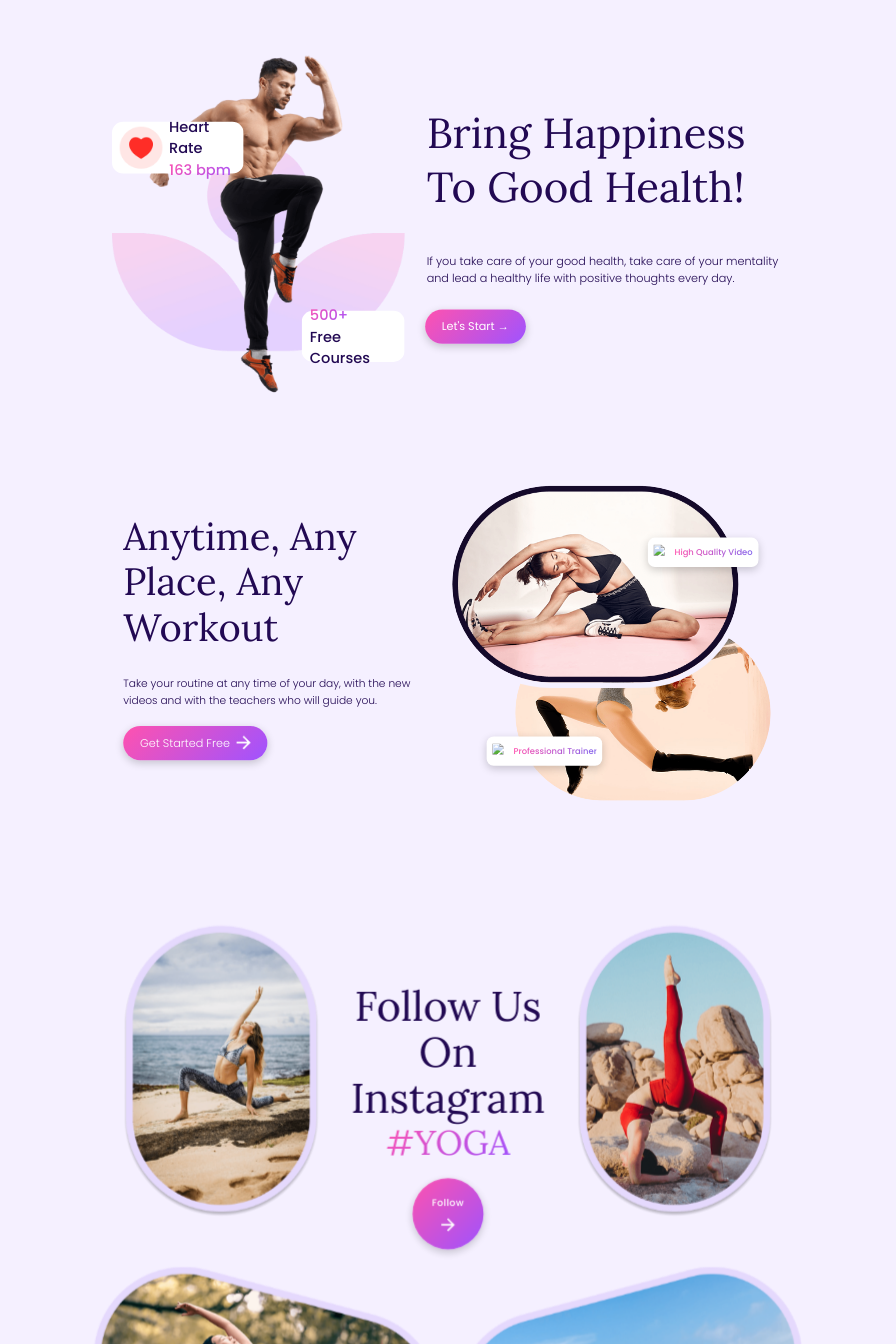
Repository: EunsuhJeon/responsive-yoga-website
Page: index.html
An editor plug-in stored every save of this project. The page is shown before and after the next save, followed by the edit.
The browser window is 1280 px wide. The pictures show the part of the page from y = 1110 to 3030 px (the page is 4204 px tall), at 70% of full size.

Above is the page before, as saved 2025-12-01 11:53:46.
Not found: assets/icons/p2-s1-button-white-person.png
Not found: assets/icons/p2-s1-button-white-ri_play.png

After the next save:
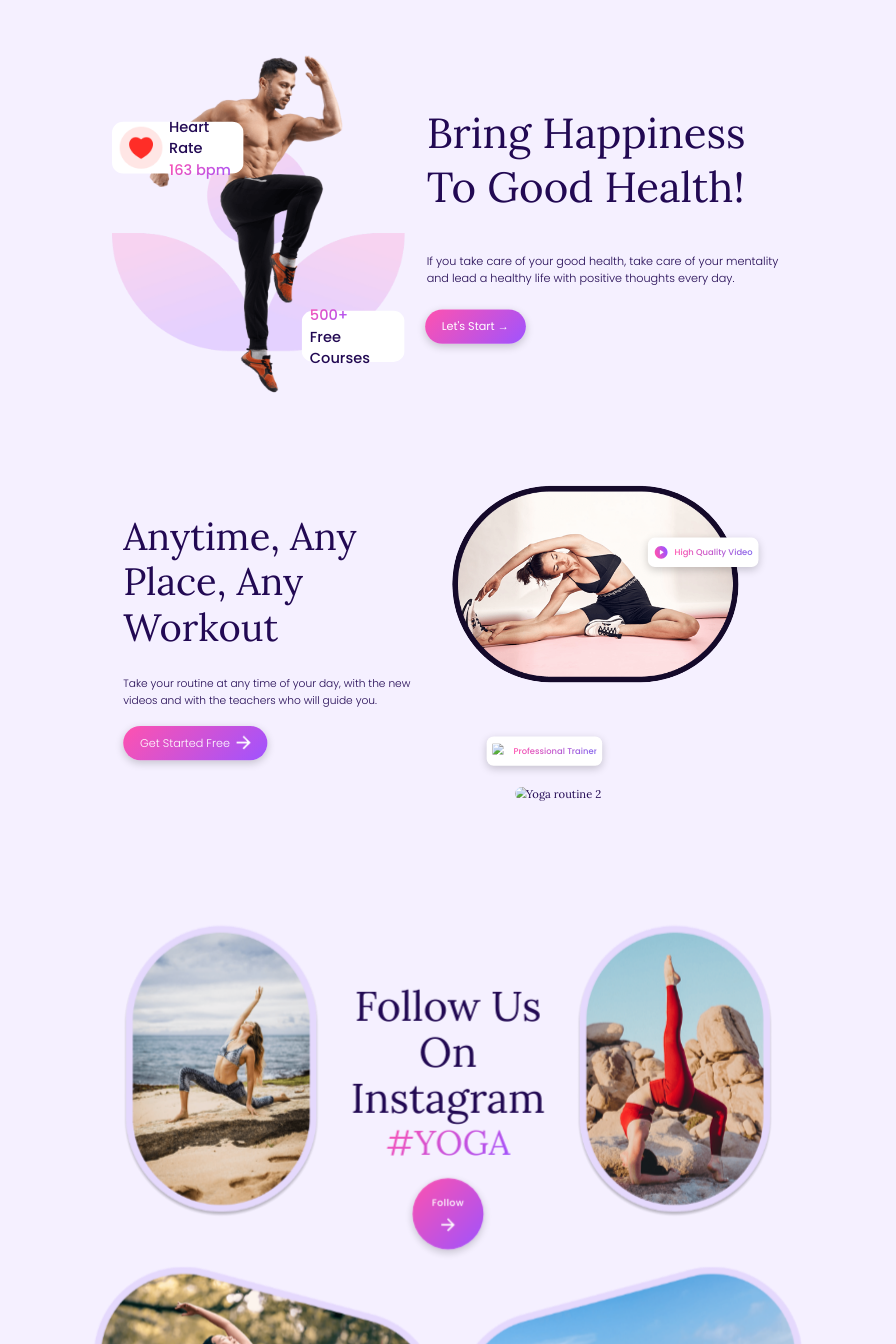
Not found: assets/images/b2-s1-routine-yoga-2.svg
Saved 5 min 48 s later.
--- a/index.html
+++ b/index.html
@@ -182,14 +182,14 @@
                         alt="Yoga routine 1">
                     <img
                         class="section-4-place-img section-4-place-img-bottom"
-                        src="./assets/images/b2-s1-routine-yoga-2.png"
+                        src="./assets/images/b2-s1-routine-yoga-2.svg"
                         alt="Yoga routine 2">
                 </div>
 
                 <button class="pill-btn pill-btn-top">
                     <img
                         class="pill-icon"
-                        src="./assets/icons/p2-s1-button-white-ri_play.png"
+                        src="./assets/icons/p2-s1-button-white-ri_play.svg"
                         alt="Play icon">
                         <span class="pill-gradient-text">High Quality Video</span>
                 </button>
